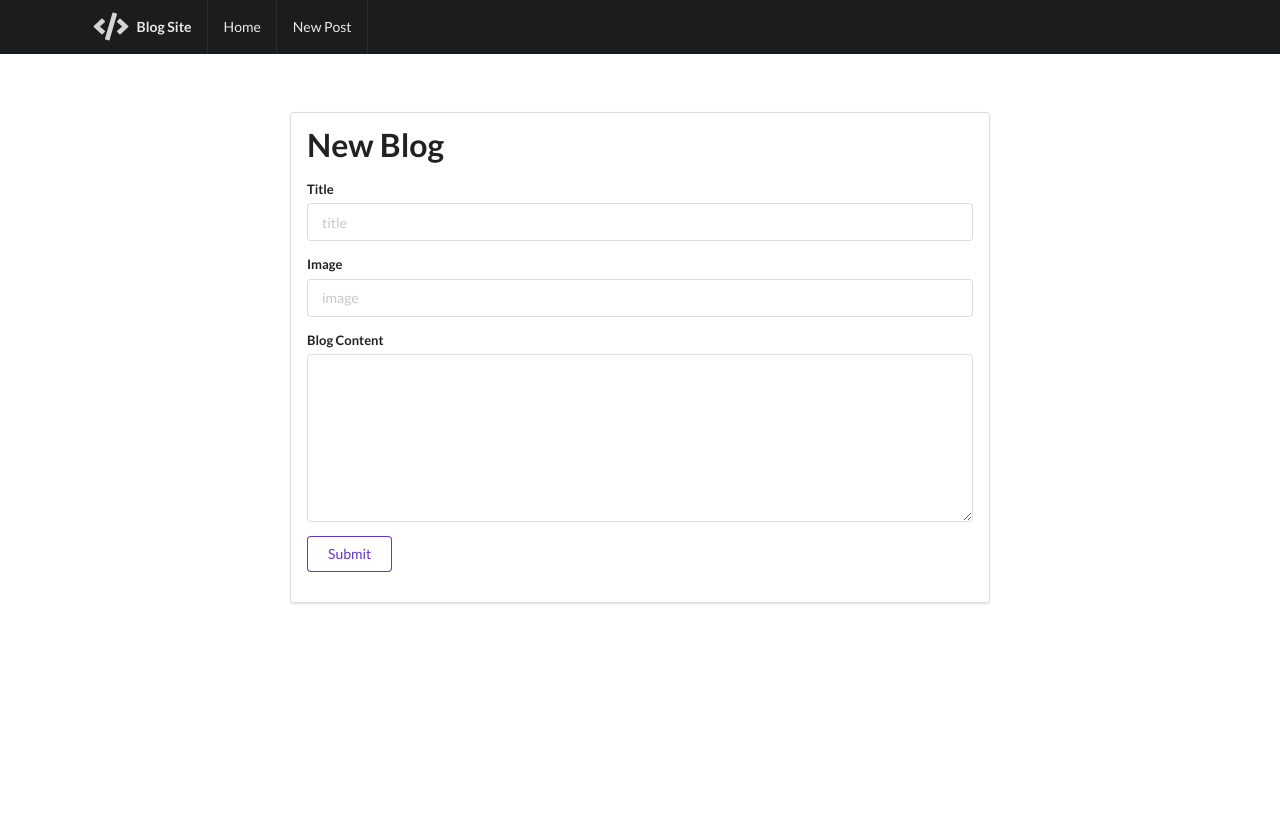
Repository: HuakunShen/LearnWeb
Page: http://localhost/blogs/new
The author's editor kept a record of every edit. The page is drawn from the files as they stood at one moment, then again after the next edit.
The browser window is 1280 px wide. The pictures show the whole page.
The page is served by the project's Node server (BlogApp/app.js).

Above is the page before.

### workspace/BlogApp/views/new.ejs
<% include ./partials/header %>
<div class="ui main text container segment">
    <div class="ui huge header">New Blog</div>
    <form class="ui form" action="/blogs" method="POST">
        <div class="field">
            <label>Title</label>
            <input type="text" name="blog[title]" placeholder="title">
        </div>
        <div class="field">
            <label>Image</label>
            <input type="text" name="blog[image]" placeholder="image">
        </div>
        <div class="field">
            <label>Blog Content</label>
            <textarea name="blog[body]"></textarea>
            <!--<input type="text" name="blog[body]" placeholder="blog post here">-->
        </div>
        <input class="ui violet basic button" type="submit">
    </form>
</div>

<% include ./partials/header %>

### workspace/BlogApp/views/partials/header.ejs
<html>
    <head>
        <title>Blog App</title>
        <link rel="stylesheet" href="https://cdnjs.cloudflare.com/ajax/libs/semantic-ui/2.4.1/semantic.min.css" />
        <link rel="stylesheet" type="text/css" href="/stylesheets/app.css">

    </head>
    <body>
        <div class="ui fixed inverted menu">
            <div class="ui container">
                <div class="header item"><i class="code icon"></i>Blog Site</div>
                <a href="/" class="item">Home</a>
                <a href="/blogs/new" class="item">New Post</a>
            </div>

        </div>

### workspace/BlogApp/app.js
const express = require("express"),
app = express(),
methodOverride = require("method-override"),
bodyParser = require("body-parser"),
mongoose = require("mongoose");

mongoose.connect("mongodb://localhost:27017/blog_app", { useNewUrlParser: true });
app.set("view engine", "ejs");
app.use(express.static("public"));
// app.use('/public', express.static("public"));
app.use(bodyParser.urlencoded({extended: true}));
app.use(methodOverride("_method"));

//Mongoose model config
const blogSchema = new mongoose.Schema({
    title: String,
    image: String,
    body: String,
    created: {type: Date, default: Date.now}
});

const Blog = mongoose.model("Blog", blogSchema);

// Blog.create({
//     title: "Motor",
//     image: "https://images.unsplash.com/photo-1558981420-bf351ce8e3ca?ixlib=rb-1.2.1&ixid=eyJhcHBfaWQiOjEyMDd9&auto=format&fit=crop&w=600&q=60",
//     body: "Hello Motor"
// });



// RESTful Routes
app.get("/", function(req, res){
    res.redirect("/blogs");
});

// Index Route
app.get("/blogs", function(req, res){
    Blog.find({}, function(err, blogs){
        if(err){
            console.log("Error!");
        } else {
            res.render("index", {blogs: blogs});
        }
    });
});

//New Route
app.get("/blogs/new", function(req, res){
    res.render("new");
});

// Create Route
app.post("/blogs", function(req, res){
    // create blog
    Blog.create(req.body.blog, function(err, newBlog){
        if(err) {
            res.render("new");
        } else {
            res.redirect("/blogs");
        }
    });
});

//Show Route
app.get("/blogs/:id", function(req, res) {
    Blog.findById(req.params.id, function(err, foundBlog){
        if(err) {
            res.redirect("/blogs");
        } else {
            res.render("show", {blog: foundBlog});
        }
    })
});

// Edit Route
app.get("/blogs/:id/edit", function(req, res){
    Blog.findById(req.params.id, function(err, foundBlog){
        if(err) {
            res.redirect("/blogs");
        } else {
            res.render("edit", {blog: foundBlog});
        }
    });
});

// Update Route
app.put("/blogs/:id", function(req, res){
    Blog.findByIdAndUpdate(req.params.id, req.body.blog, function(err, updatedBlog){
        if(err) {
            res.redirect("/blogs");
        } else {
            res.redirect("/blogs/" + req.params.id);
        }
    })
});

//Destroy Route
app.delete("/blogs/:id", function(req, res){
    // destroy blog
    Blog.findByIdAndRemove(req.params.id, function(err){
        if(err){
            res.redirect("/blogs");
        } else {
            res.redirect("/blogs");
        }
    })
    // redirect
});








app.listen(process.env.PORT, process.env.IP, function() {
    console.log("Server is Running");
});

### workspace/BlogApp/public/stylesheets/app.css
i.icon {
    font-size: 2em;
}

.container.main {
    margin-top: 7.0em;
}

#delete {
    display: inline;
}

After the next edit:
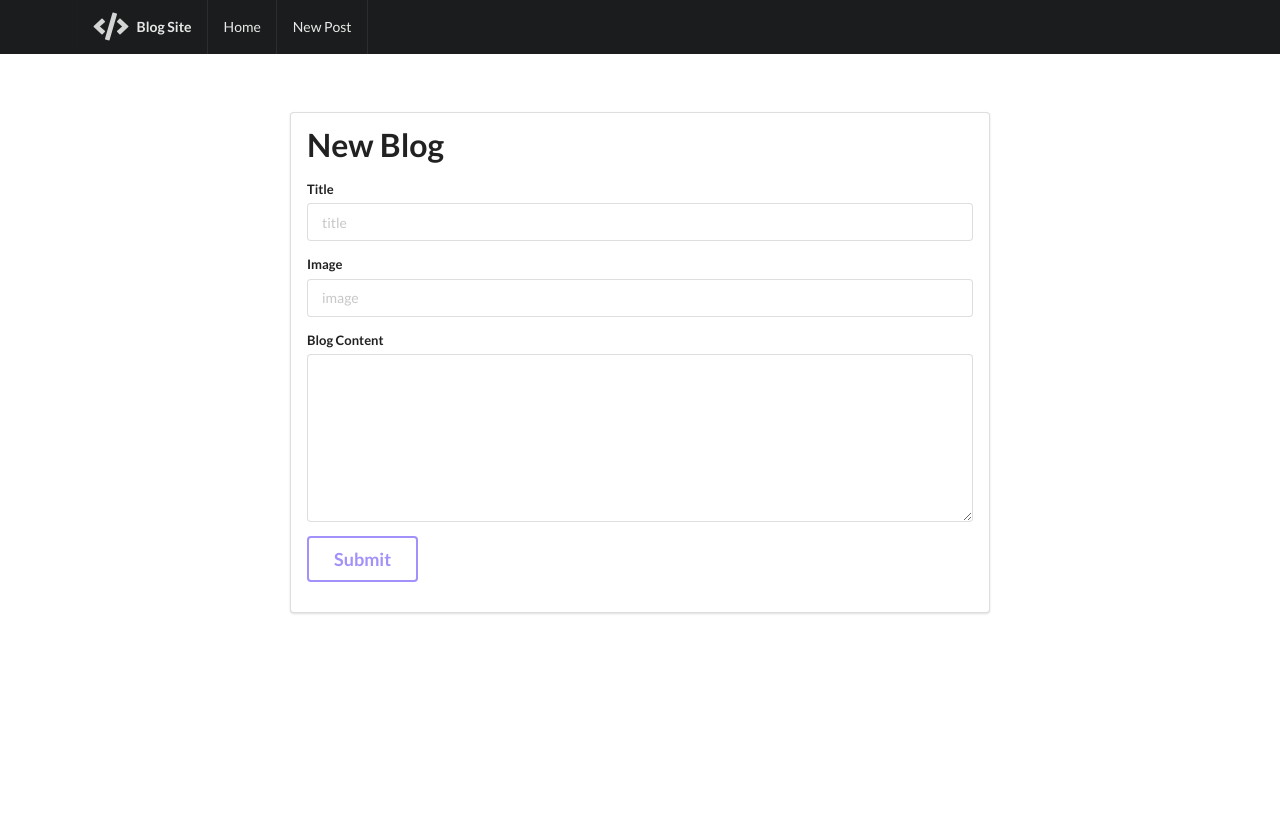
The edit:
--- a/workspace/BlogApp/views/new.ejs
+++ b/workspace/BlogApp/views/new.ejs
@@ -15,7 +15,7 @@
             <textarea name="blog[body]"></textarea>
             <!--<input type="text" name="blog[body]" placeholder="blog post here">-->
         </div>
-        <input class="ui violet basic button" type="submit">
+        <input class="ui violet big inverted button" type="submit">
     </form>
 </div>
 
